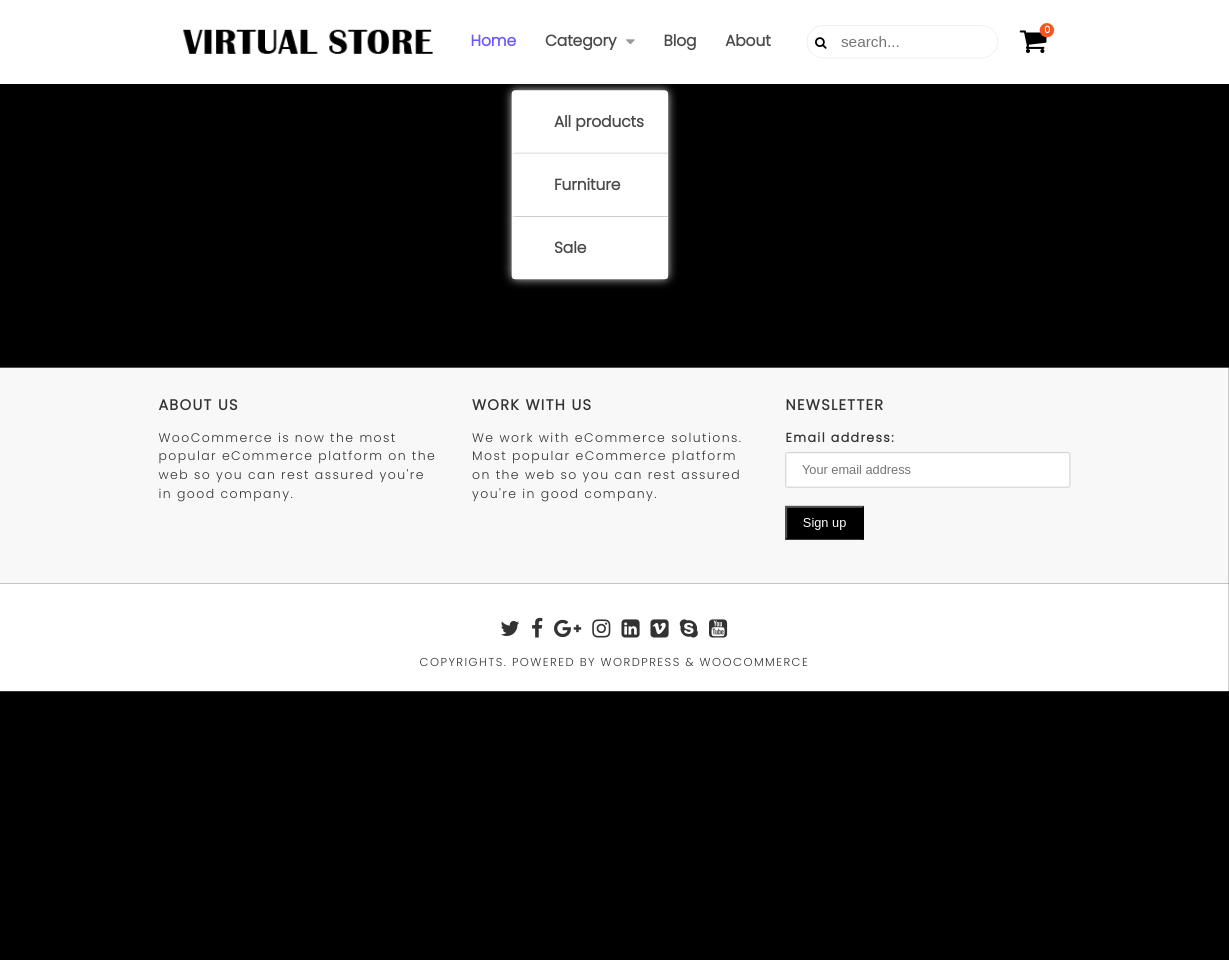
Repository: dungle03/tke_web_nhom_15
Page: index.html
The author's editor kept a copy of each file at every save. The page is drawn from the files as they stood at one save, then again after a run of saves.
The browser window is 1280 px wide. The pictures show the whole page, at 96% of full size.

Above is the page before, as saved 2022-09-14 00:20:22.
Not found: resest.css

After the next 2 saves:
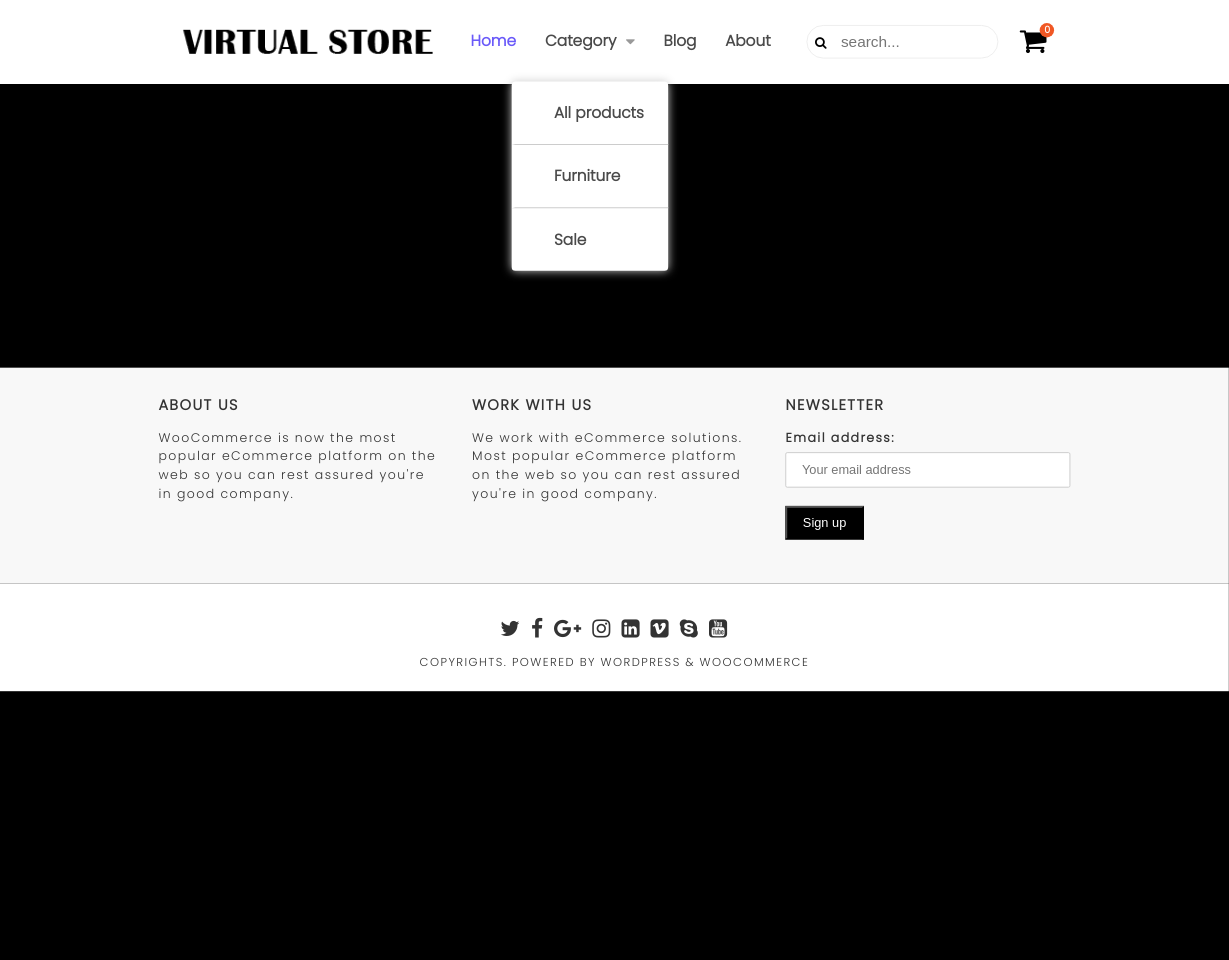
The 2 saves are shown as one change because they came seconds apart.
The last was saved 7 s later.
--- a/CSS/header.css
+++ b/CSS/header.css
@@ -137,7 +137,7 @@ html {
 
 .dropdow{
   position: absolute;
-  top: 110%;
+  top: 100%;
   background-color: white;
   border-radius: 4px;
   box-shadow: 0 0 10px #ccc;
